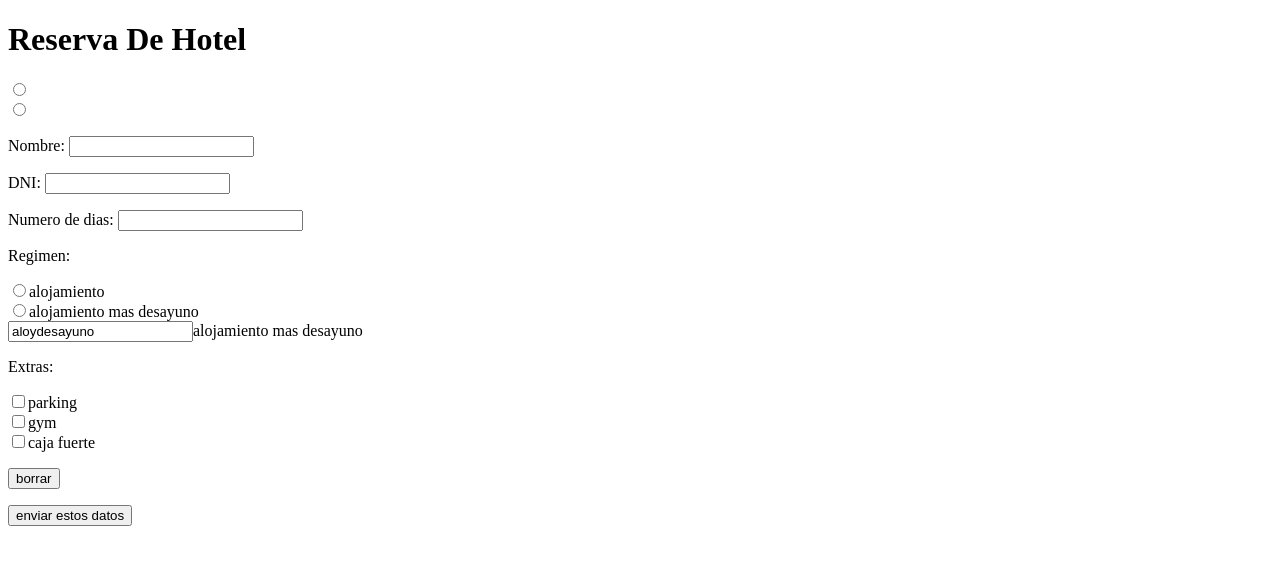
Repository: weertop/2DAW
Page: http://localhost/Formularios/hotel.jsp
An editor plug-in stored every save of this project. The page is shown before and after the next save, followed by the edit.
The browser window is 1280 px wide. The pictures show the whole page.
The page is served by Tomcat 9.

Above is the page before, as saved 2019-10-02 10:52:49.

After the next save:
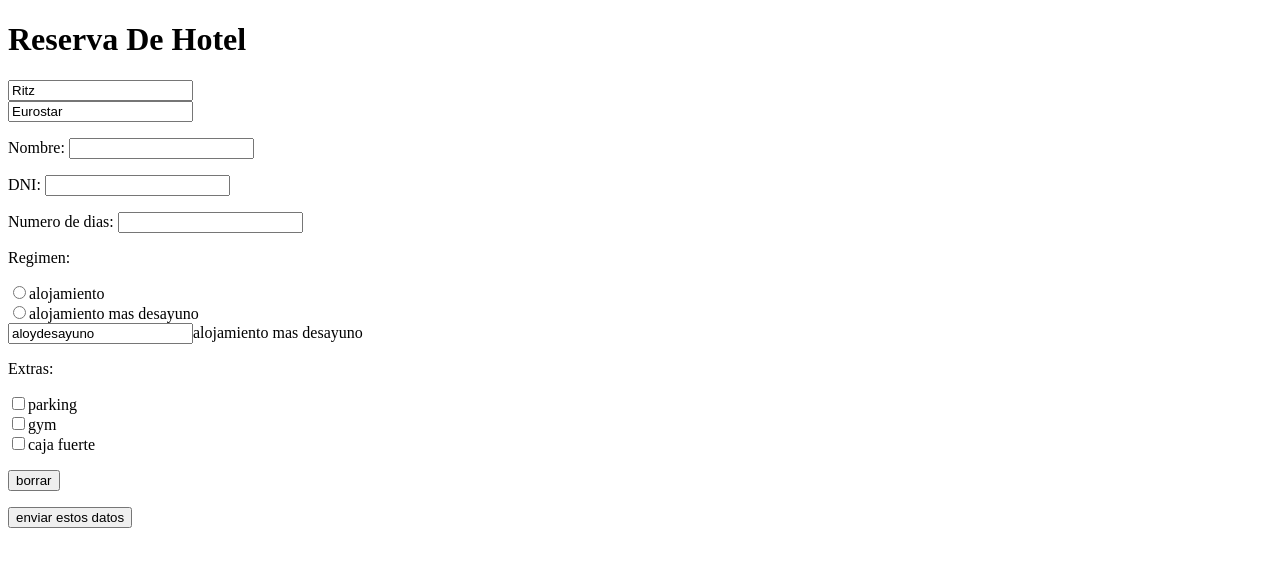
Saved 28 s later.
--- a/DWServidor/eclipse-workspace-photom/Formularios/WebContent/hotel.jsp
+++ b/DWServidor/eclipse-workspace-photom/Formularios/WebContent/hotel.jsp
@@ -17,7 +17,7 @@
 		<%
 		//usar select
 		for(int i=0;i<hoteles.length;i++){%>
-			<input type="radio" name="hotel" value="<%=hoteles[i]%>"/><br/>
+			<input type="select" name="hotel" value="<%=hoteles[i]%>"/><br/>
 		<%} %>
 
 

After the save that followed:
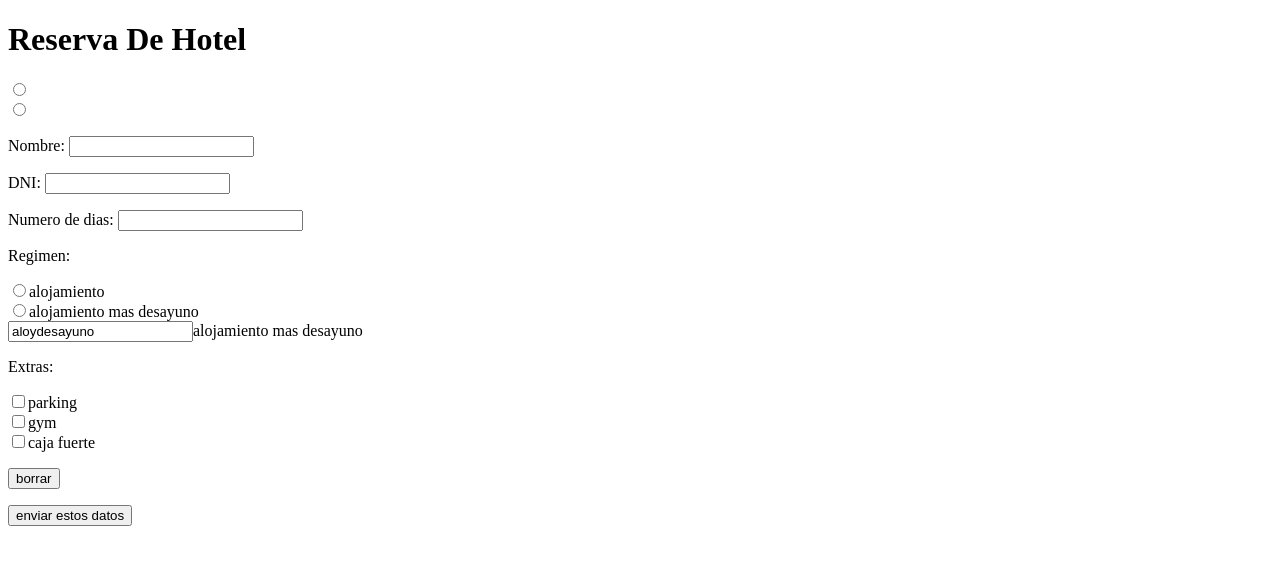
Saved 5 s later.
--- a/DWServidor/eclipse-workspace-photom/Formularios/WebContent/hotel.jsp
+++ b/DWServidor/eclipse-workspace-photom/Formularios/WebContent/hotel.jsp
@@ -17,7 +17,7 @@
 		<%
 		//usar select
 		for(int i=0;i<hoteles.length;i++){%>
-			<input type="select" name="hotel" value="<%=hoteles[i]%>"/><br/>
+			<input type="radio" name="hotel" value="<%=hoteles[i]%>"/><br/>
 		<%} %>
 
 
